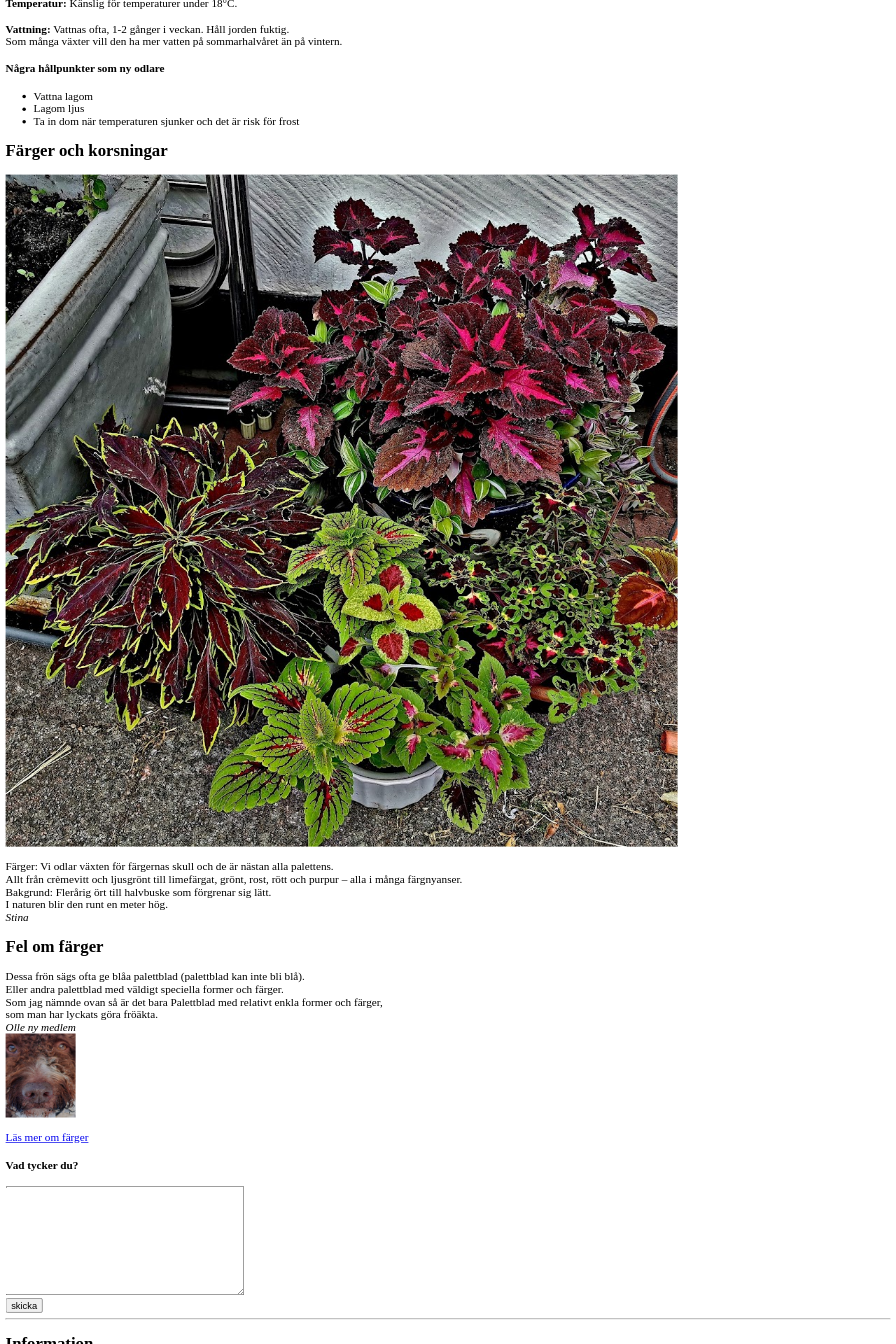
Repository: Webutveckling-20-21/Uppgift-1
Page: blogg.html
An editor plug-in stored every save of this project. The page is shown before and after a run of saves, followed by the edit.
The browser window is 1280 px wide. The pictures show the part of the page from y = 638 to 2558 px (the page is 4120 px tall before and 3460 px after), at 70% of full size.
Pictures or frames that could not be fetched are drawn as grey boxes.

Above is the page before, as saved 2021-09-07 22:42:28.

After the next 2 saves:
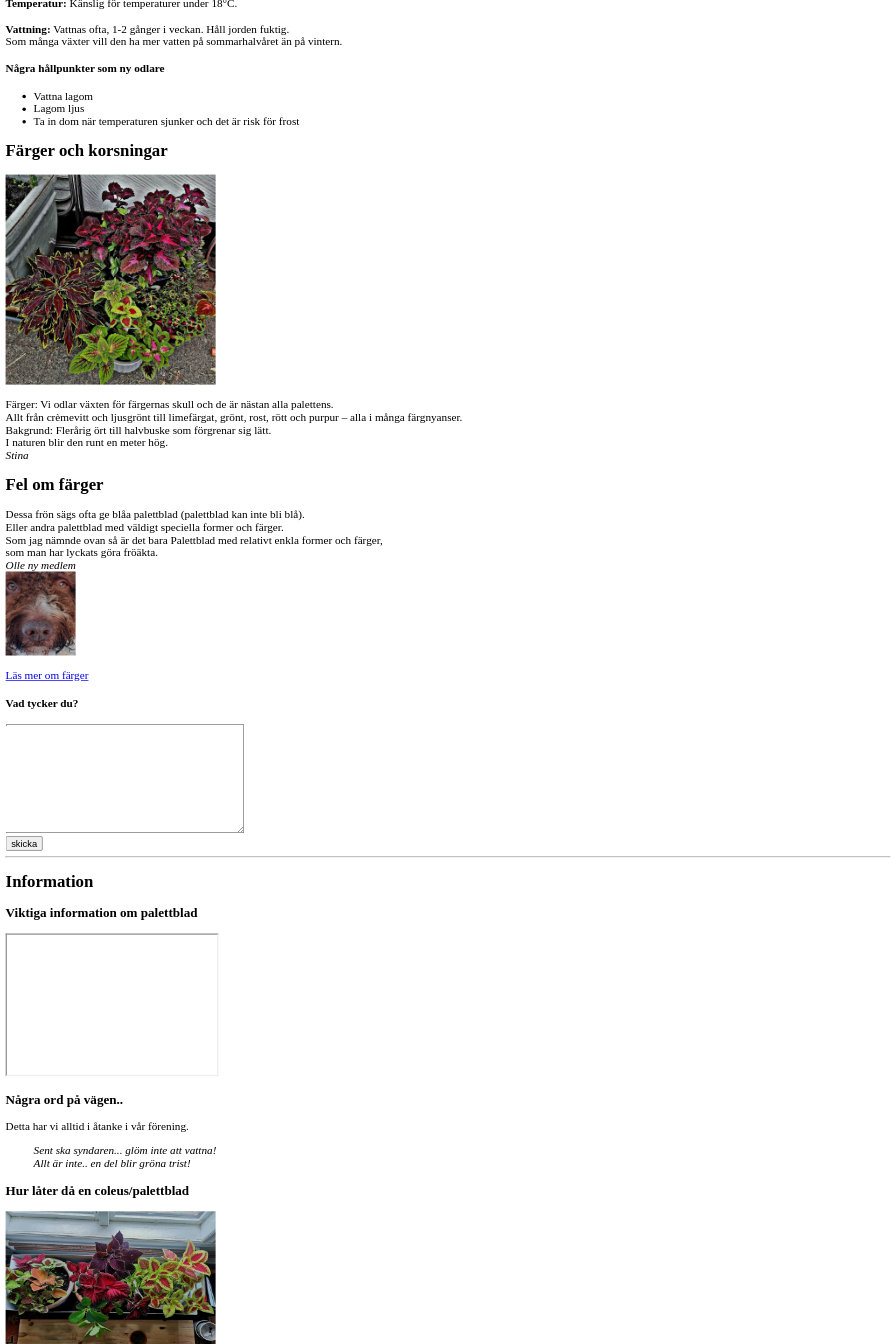
The 2 saves are shown as one change because they came seconds apart.
The last was saved 11 s later.
--- a/blogg.html
+++ b/blogg.html
@@ -70,7 +70,7 @@
             <article>
                 <!-- Andra inlägget  -->
                 <h2>Färger och korsningar</h2>
-                <img src="images/palett.jpg" width alt="palettfärger"> <br>
+                <img src="images/palett.jpg" width="300" height="300"alt="palettfärger"> <br>
                 <p> Färger: Vi odlar växten för färgernas skull och de är nästan alla palettens. <br> Allt från
                     crèmevitt
                     och ljusgrönt till limefärgat, grönt, rost, rött och purpur – alla i många färgnyanser. <br>
